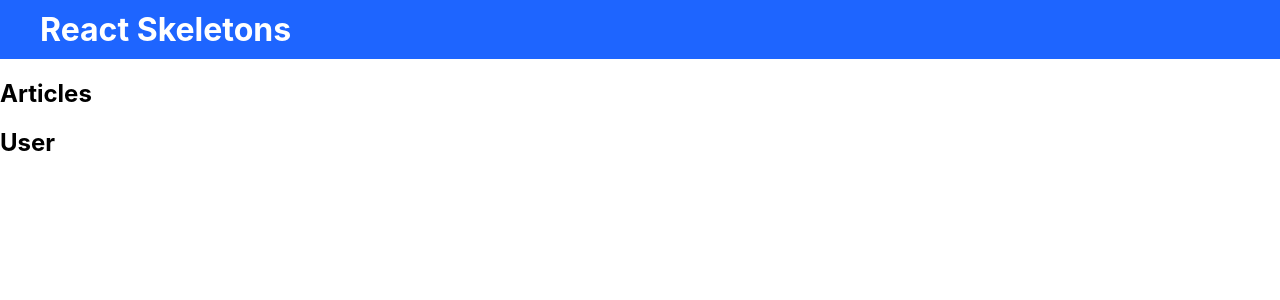
Repository: hwangstar156/React-skeleton-image
Page: /
These files come from the project's save history. The page is drawn as it stood at one moment and after the next save; the edit follows.
The browser window is 1280 px wide. The pictures show the whole page.
The project was rebuilt for these pictures with package versions that can differ from the ones it lists, and the page was loaded fresh each time.

Above is the page before, as saved 2021-10-02 00:22:29.

### src/index.css
body {
  margin: 0;
  font-family: -apple-system, BlinkMacSystemFont, 'Segoe UI', 'Roboto', 'Oxygen',
    'Ubuntu', 'Cantarell', 'Fira Sans', 'Droid Sans', 'Helvetica Neue',
    sans-serif;
  -webkit-font-smoothing: antialiased;
  -moz-osx-font-smoothing: grayscale;
}

code {
  font-family: source-code-pro, Menlo, Monaco, Consolas, 'Courier New',
    monospace;
}

header {
  background : #1e65ff;
  padding : 10px;
}

header h1 {
  color : white;
  max-width: 1200px;
  margin : 0 auto;
}

### src/App.js
import React from "react";

import Articles from "./component/Article";
import User from "./component/User";
function App() {
  return (
    <div className="App">
      <header>
        <h1>React Skeletons</h1>
      </header>
      <div className="content">
        <Articles />
        <User />
      </div>
    </div>
  );
}

export default App;

### src/component/Article.js
import React from "react";

const Articles = () => {
  return (
    <div className="articles">
      <h2>Articles</h2>
    </div>
  );
};

export default Articles;

### src/component/User.js
import React from "react";

const User = () => {
  return (
    <div className="user">
      <h2>User</h2>
    </div>
  );
};

export default User;

Loaded but not shown: public/index.html (common file); src/index.js (common file)

After the next save:
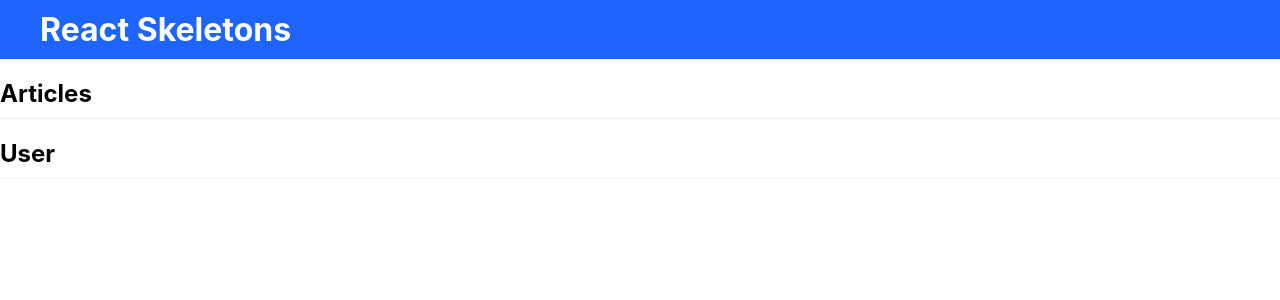
Saved 75 s later.
--- a/src/index.css
+++ b/src/index.css
@@ -22,3 +22,8 @@ header h1 {
   max-width: 1200px;
   margin : 0 auto;
 }
+
+h2 {
+  padding-bottom : 10px;
+  border-bottom: 1px solid #eee;
+}
